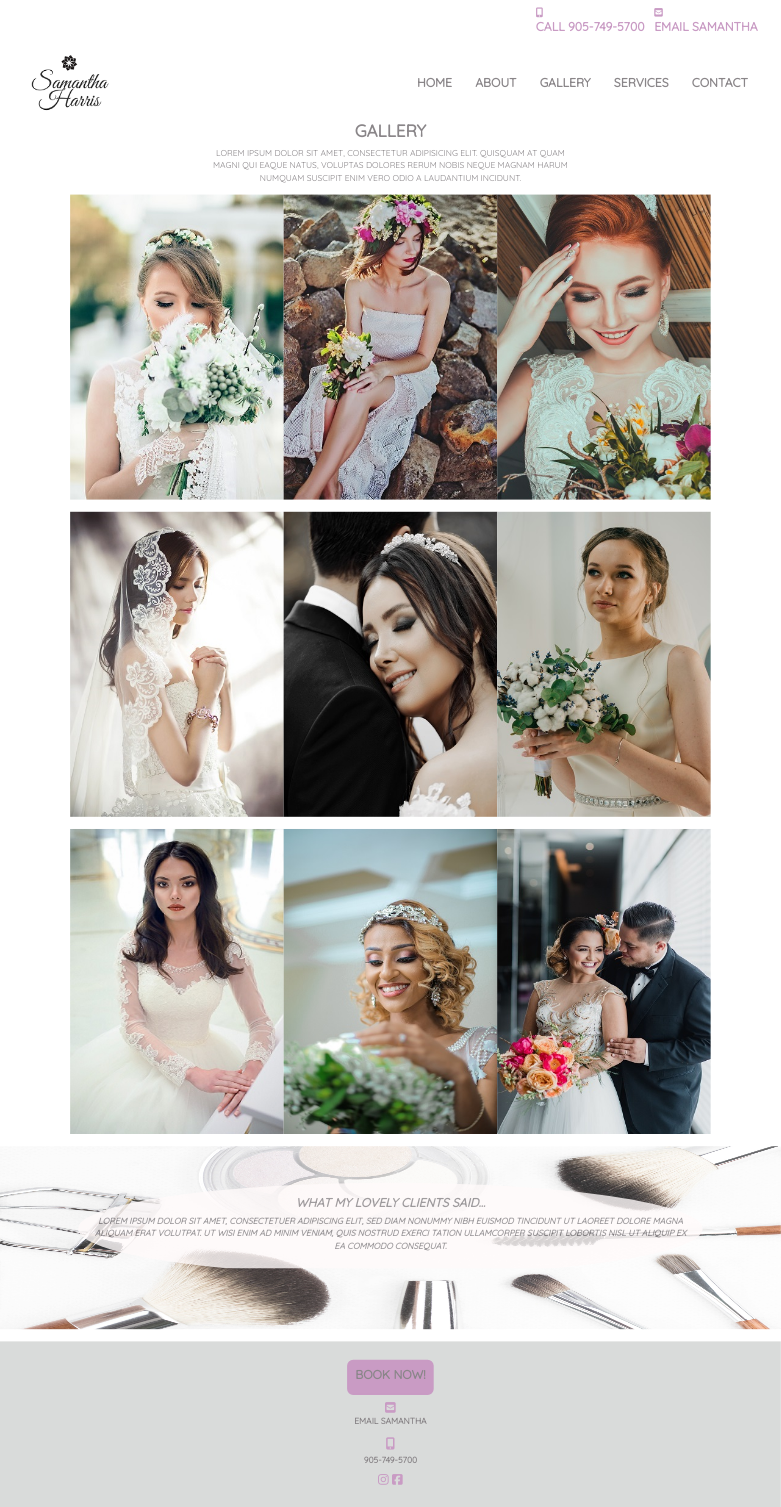
Repository: JayneyNix/milestone-1-UCFD
Page: gallery.html
The author's editor kept a record of every edit. The page is drawn from the files as they stood at one moment, then again after the next edit.
The browser window is 1280 px wide. The pictures show the whole page, at 61% of full size.
Some web libraries are served in a nearby version.

Above is the page before.

After the next edit:
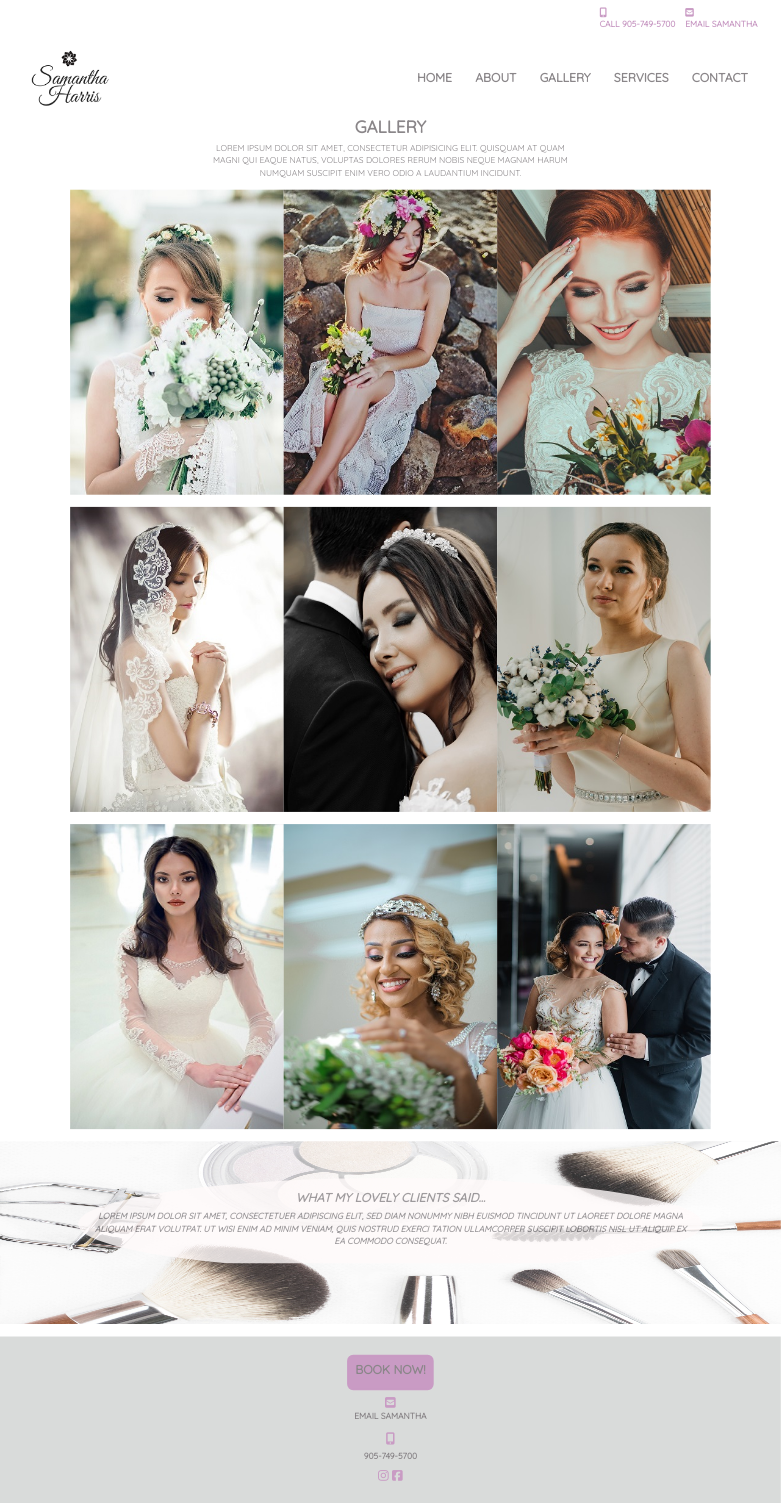
The edit:
--- a/gallery.html
+++ b/gallery.html
@@ -19,9 +19,8 @@
 
     <div class="d-flex justify-content-end">
         <div class="d-flex contact-header flex-row-reverse align-items-center">
-            <div class="p-2"><a class="email-header" href="mailto:bookings@samanthaharris.ca" target="-blank"><i class="fas fa-envelope-square" aria-hidden="true"></i><h5 class="headings uppercase">Email Samantha</h5></a></div>
-            <div class="p-2"><a class="call-header" href="tel:905-749-5700"><i class="fas fa-mobile-alt" aria-hidden="true"></i><h5 class="headings uppercase">Call 905-749-5700</h5></a></div>
-
+            <div class="p-2"><a class="email-header" href="mailto:bookings@samanthaharris.ca" target="-blank"><i class="fas fa-envelope-square" aria-hidden="true"></i><h5 class="h5 headings">Email Samantha</h5></a></div>
+            <div class="p-2"><a class="call-header" href="tel:905-749-5700"><i class="fas fa-mobile-alt" aria-hidden="true"></i><h5 class="h5 headings">Call 905-749-5700</h5></a></div>
         </div>
     </div>
 
